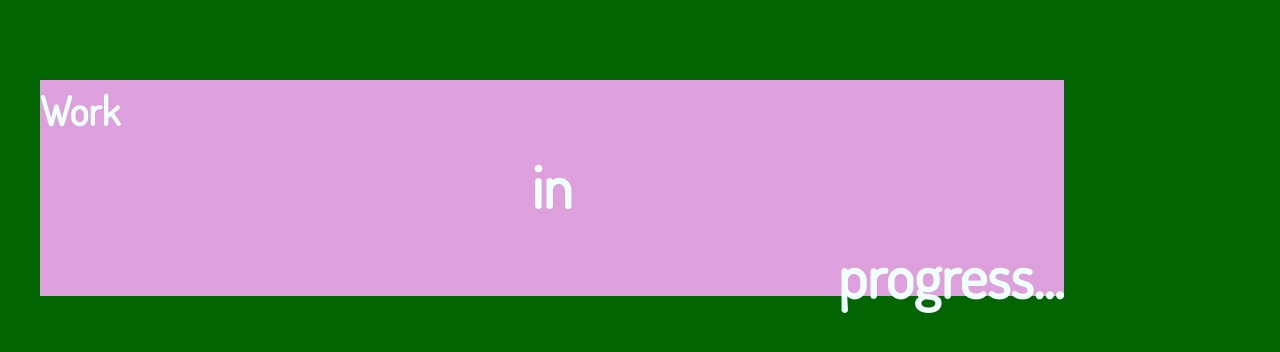
Repository: NollieChtn6/NollieChtn6.github.io
Page: index.html
These files come from the project's save history. The page is drawn as it stood at one moment and after the next save; the edit follows.
The browser window is 1280 px wide. The pictures show the whole page.

Above is the page before, as saved 2023-11-10 18:14:02.

### index.html

<!DOCTYPE html>

<html lang="fr">

<head>
  <meta charset="utf-8">
  <meta name="viewport" content="width=device-width">
  <link href="css/reset.css" rel="stylesheet">
  <link href="css/style.css" rel="stylesheet">
  <link
    href="https://fonts.googleapis.com/css2?family=Dosis&display=swap"
    rel="stylesheet">
  <title>Portfolio</title>
</head>

<body>

  <main class="main__container">

    <div class="main__content">

      <h1 class="main__title">
        <span class="main__title main__title--level-1">
          Work
        </span>
        <span class="main__title main__title--level-2">
          in
        </span>
        <span class="main__title main__title--level-3">
          progress...
        </span>
      </h1>

    </div>

  </main>

</body>

</html>

### css/style.css
/* VARIABLES */

/* :root {

} */


/* GÉNÉRAL */

* {
  box-sizing: border-box;
}

html {
  font-size: 62.5%;
}

body {
  display: flex;
  flex-direction: column;
  height: 100vh;
  min-height: 100vh;
}

h1 {
  font-family: 'Dosis', sans-serif;
}


/* MAIN  */

.main__container {
  display: flex;
  flex-direction: column;
  background-color: antiquewhite;
  height: 100vh;
  width: 100vw;
}

.main__content {
  display: flex;
  flex-direction: column;
  background-color:darkgreen;
  height: 100vh;
  width: 100vw;
  margin-top: auto;
  /* padding: 5rem 0rem 0rem 8rem; */
  /* justify-content: center; */
  /* align-items: center; */
  padding-top: 8rem;
  padding-left: 4rem;;

}

h1 {
  display: flex;
  flex-direction: column;
  width: 80vw;
  height: 30vh;
  font-size: 4rem;
  background-color: plum;
  color: azure;
  justify-content: space-between;
}

.main__title--level-1 {
  align-self: start;

}

.main__title--level-2 {
  align-self: center;
  font-size: 1.5em;
}

.main__title--level-3 {
  align-self: end;
  font-size: 1.5em;
}

Loaded but not shown: css/reset.css (common file)

After the next save:
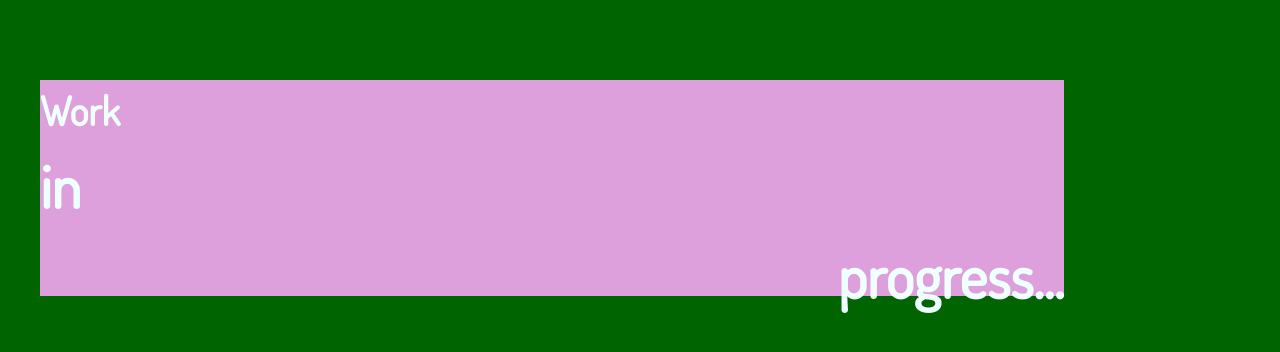
Saved 10 s later.
--- a/css/style.css
+++ b/css/style.css
@@ -69,7 +69,7 @@ h1 {
 }
 
 .main__title--level-2 {
-  align-self: center;
+  /* align-self: center; */
   font-size: 1.5em;
 }
 
